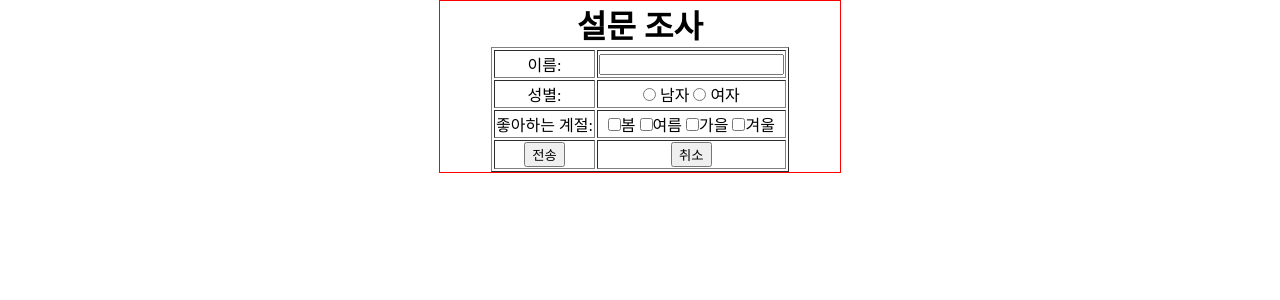
Repository: hangilyon/allJSPStudy
Page: http://localhost/jsp02/quiz02.jsp
These files come from the project's save history. The page is drawn as it stood at one moment and after the next save; the edit follows.
The browser window is 1280 px wide. The pictures show the whole page.
The page is served by Tomcat 9.

Above is the page before, as saved 2021-10-20 09:23:38.

### jsp02/src/main/webapp/quiz02.jsp
<%@ page language="java" contentType="text/html; charset=UTF-8"
    pageEncoding="UTF-8"%>
<% %>
<!DOCTYPE html>
<html>
<head>
<meta charset="UTF-8">
<title>quiz02</title>
<style type="text/css">
	*{
	margin: auto;
	text-align: center;
	}
	form{
		width: 400px;
		border: 1px solid red;
	}
</style>
</head>
<body>
	<form action="${pageContext.request.contextPath}/views02.jsp">
		<h1>설문 조사</h1>
		<table border="1">
			<tr>
				<td>이름: </td>
				<td><input type="text" name="name"></td>
			</tr>
			<tr>
				<td>성별:</td>
				<td>
					<input type="radio" name="gender" value="남자다잉"> 남자
					<input type="radio" name="gender" value="여자다잉"> 여자
			</tr>
			<tr>
				<td>좋아하는 계절:</td>
				<td>
					<input type="checkbox" name="season" value="봄">봄
					<input type="checkbox" name="season" value="여름">여름
					<input type="checkbox" name="season" value="가을">가을
					<input type="checkbox" name="season" value="겨울">겨울
				</td>
			</tr>
			<tr>
				<td><input type="submit" value="전송"></td>
				<td><input type="reset" value="취소"></td>
			</tr>
		</table>
	</form>
</body>
</html>

After the next save:
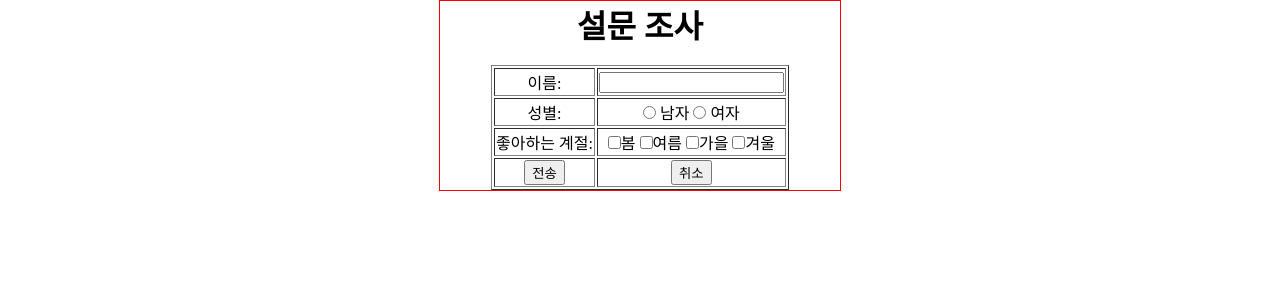
Saved 17 s later.
--- a/jsp02/src/main/webapp/quiz02.jsp
+++ b/jsp02/src/main/webapp/quiz02.jsp
@@ -19,7 +19,7 @@
 </head>
 <body>
 	<form action="${pageContext.request.contextPath}/views02.jsp">
-		<h1>설문 조사</h1>
+		<h1>설문 조사</h1><br>
 		<table border="1">
 			<tr>
 				<td>이름: </td>
